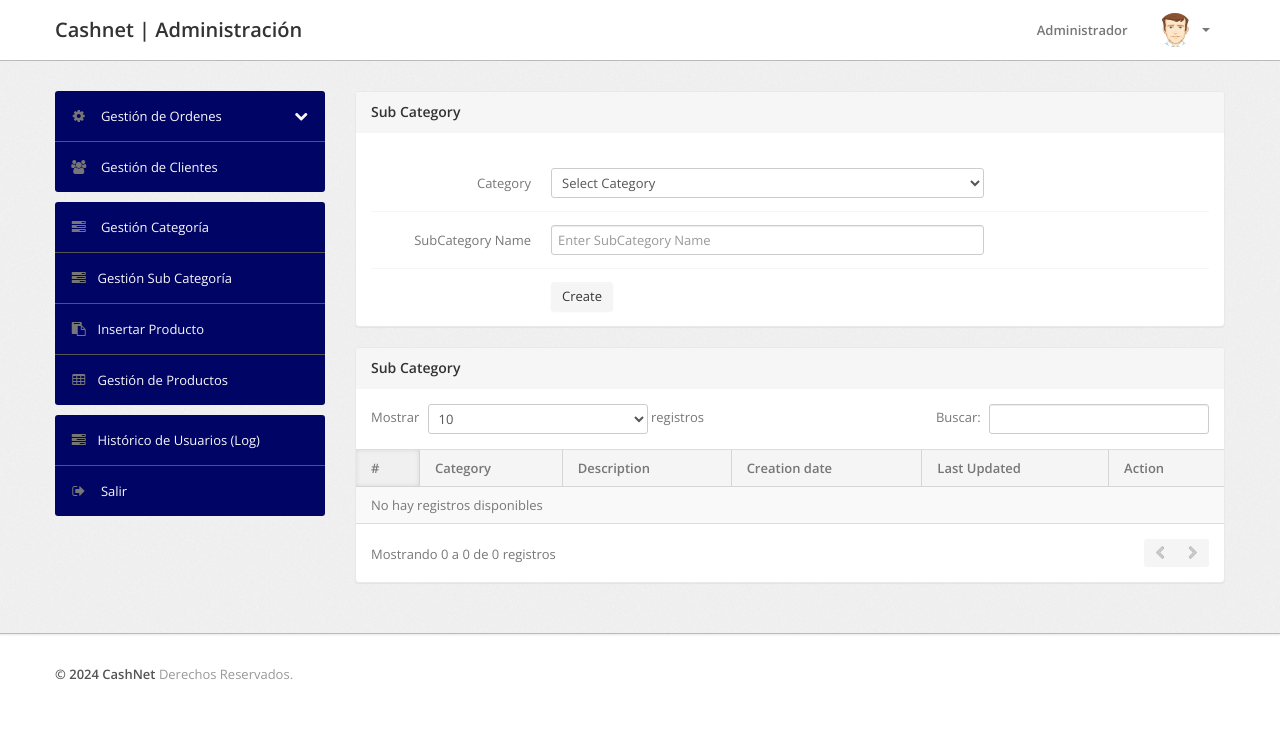
Repository: GVnet-VE/Fibernet
Page: http://localhost/fibernet/admin/subcategory.php
An editor plug-in stored every save of this project. The page is shown before and after the next save, followed by the edit.
The browser window is 1280 px wide. The pictures show the whole page.
The page is run by PHP 8.4 with error messages shown; the project is at /var/www/html/. The session is filled in as if someone had signed in: {"alogin": "testuser", "id": 1}. Other server files are loaded and not shown. Queries for data that is not in the repository find no rows.

Above is the page before, as saved 2024-12-12 12:56:22.

### admin/subcategory.php

<?php
session_start();
include('include/config.php');
if(strlen($_SESSION['alogin'])==0)
	{
header('location:index.php');
}
else{
if(isset($_POST['submit']))
{
	$category=$_POST['category'];
	$subcat=$_POST['subcategory'];
$sql=mysqli_query($con,"insert into subcategory(categoryid,subcategory) values('$category','$subcat')");
$_SESSION['msg']="SubCategory Created !!";

}

if(isset($_GET['del']))
		  {
		          mysqli_query($con,"delete from subcategory where id = '".$_GET['id']."'");
                  $_SESSION['delmsg']="SubCategory deleted !!";
		  }

?>
<!DOCTYPE html>
<html lang="en">
<head>
	<meta http-equiv="Content-Type" content="text/html; charset=utf-8" />
	<meta name="viewport" content="width=device-width, initial-scale=1.0">
	<title>Admin| SubCategory</title>
	<link type="text/css" href="bootstrap/css/bootstrap.min.css" rel="stylesheet">
	<link type="text/css" href="bootstrap/css/bootstrap-responsive.min.css" rel="stylesheet">
	<link type="text/css" href="css/theme.css" rel="stylesheet">
	<link type="text/css" href="images/icons/css/font-awesome.css" rel="stylesheet">
	<link type="text/css" href='http://fonts.googleapis.com/css?family=Open+Sans:400italic,600italic,400,600' rel='stylesheet'>
</head>
<body>
<?php include('include/header.php');?>

	<div class="wrapper">
		<div class="container">
			<div class="row">
<?php include('include/sidebar.php');?>
			<div class="span9">
					<div class="content">

						<div class="module">
							<div class="module-head">
								<h3>Sub Category</h3>
							</div>
							<div class="module-body">

									<?php if(isset($_POST['submit']))
{?>
									<div class="alert alert-success">
										<button type="button" class="close" data-dismiss="alert">×</button>
									<strong>Well done!</strong>	<?php echo htmlentities($_SESSION['msg']);?><?php echo htmlentities($_SESSION['msg']="");?>
									</div>
<?php } ?>


									<?php if(isset($_GET['del']))
{?>
									<div class="alert alert-error">
										<button type="button" class="close" data-dismiss="alert">×</button>
									<strong>Oh snap!</strong> 	<?php echo htmlentities($_SESSION['delmsg']);?><?php echo htmlentities($_SESSION['delmsg']="");?>
									</div>
<?php } ?>

									<br />

			<form class="form-horizontal row-fluid" name="subcategory" method="post" >

<div class="control-group">
<label class="control-label" for="basicinput">Category</label>
<div class="controls">
<select name="category" class="span8 tip" required>
<option value="">Select Category</option>
<?php $query=mysqli_query($con,"select * from category");
while($row=mysqli_fetch_array($query))
{?>

<option value="<?php echo $row['id'];?>"><?php echo $row['categoryName'];?></option>
<?php } ?>
</select>
</div>
</div>


<div class="control-group">
<label class="control-label" for="basicinput">SubCategory Name</label>
<div class="controls">
<input type="text" placeholder="Enter SubCategory Name"  name="subcategory" class="span8 tip" required>
</div>
</div>



	<div class="control-group">
											<div class="controls">
												<button type="submit" name="submit" class="btn">Create</button>
											</div>
										</div>
									</form>
							</div>
						</div>


	<div class="module">
							<div class="module-head">
								<h3>Sub Category</h3>
							</div>
							<div class="module-body table">
								<table cellpadding="0" cellspacing="0" border="0" class="datatable-1 table table-bordered table-striped	 display" width="100%">
									<thead>
										<tr>
											<th>#</th>
											<th>Category</th>
											<th>Description</th>
											<th>Creation date</th>
											<th>Last Updated</th>
											<th>Action</th>
										</tr>
									</thead>
									<tbody>

<?php $query=mysqli_query($con,"select subcategory.id,category.categoryName,subcategory.subcategory,subcategory.creationDate,subcategory.updationDate from subcategory join category on category.id=subcategory.categoryid");
$cnt=1;
while($row=mysqli_fetch_array($query))
{
?>
										<tr>
											<td><?php echo htmlentities($cnt);?></td>
											<td><?php echo htmlentities($row['categoryName']);?></td>
											<td><?php echo htmlentities($row['subcategory']);?></td>
											<td> <?php echo htmlentities($row['creationDate']);?></td>
											<td><?php echo htmlentities($row['updationDate']);?></td>
											<td>
											<a href="edit-subcategory.php?id=<?php echo $row['id']?>" ><i class="icon-edit"></i></a>
											<a href="subcategory.php?id=<?php echo $row['id']?>&del=delete" onClick="return confirm('Are you sure you want to delete?')"><i class="icon-remove-sign"></i></a></td>
										</tr>
										<?php $cnt=$cnt+1; } ?>

								</table>
							</div>
						</div>



					</div><!--/.content-->
				</div><!--/.span9-->
			</div>
		</div><!--/.container-->
	</div><!--/.wrapper-->

<?php include('include/footer.php');?>

	<script src="scripts/jquery-1.9.1.min.js" type="text/javascript"></script>
	<script src="scripts/jquery-ui-1.10.1.custom.min.js" type="text/javascript"></script>
	<script src="bootstrap/js/bootstrap.min.js" type="text/javascript"></script>
	<script src="scripts/flot/jquery.flot.js" type="text/javascript"></script>
	<script src="scripts/datatables/jquery.dataTables.js"></script>
	<script>
		$(document).ready(function() {
			$('.datatable-1').dataTable();
			$('.dataTables_paginate').addClass("btn-group datatable-pagination");
			$('.dataTables_paginate > a').wrapInner('<span />');
			$('.dataTables_paginate > a:first-child').append('<i class="icon-chevron-left shaded"></i>');
			$('.dataTables_paginate > a:last-child').append('<i class="icon-chevron-right shaded"></i>');
		} );
	</script>
</body>
<?php } ?>

### admin/include/config.php
<?php
define('DB_SERVER','localhost');
define('DB_USER','root');
define('DB_PASS' ,'pasantes.2025');
define('DB_NAME', 'shoppnet');
$con = mysqli_connect(DB_SERVER,DB_USER,DB_PASS,DB_NAME);
// Check connection
if (mysqli_connect_errno())
{
 echo "Failed to connect to MySQL**: " . mysqli_connect_error();
}
?>

### admin/include/header.php
<div class="navbar navbar-fixed-top">
		<div class="navbar-inner">
			<div class="container">
				<a class="btn btn-navbar" data-toggle="collapse" data-target=".navbar-inverse-collapse">
					<i class="icon-reorder shaded"></i>
				</a>

			  	<a class="brand" href="index.html">
				  Cashnet | Administración
			  	</a>

				<div class="nav-collapse collapse navbar-inverse-collapse">
					<ul class="nav pull-right">
						<li><a href="#">
							Administrador
						</a></li>
						<li class="nav-user dropdown">
							<a href="#" class="dropdown-toggle" data-toggle="dropdown">
								<img src="images/user.png" class="nav-avatar" />
								<b class="caret"></b>
							</a>
							<ul class="dropdown-menu">
								<li><a href="change-password.php">Cambiar Password</a></li>
								<li class="divider"></li>
								<li><a href="logout.php">Salir</a></li>
							</ul>
						</li>
					</ul>
				</div><!-- /.nav-collapse -->
			</div>
		</div><!-- /navbar-inner -->
	</div><!-- /navbar -->

### admin/include/sidebar.php
<div class="span3">
					<div class="sidebar">


<ul class="widget widget-menu unstyled">
							<li>
								<a class="collapsed" data-toggle="collapse" href="#togglePages">
									<i class="menu-icon icon-cog"></i>
									<i class="icon-chevron-down pull-right"></i><i class="icon-chevron-up pull-right"></i>
									Gestión de Ordenes
								</a>
								<ul id="togglePages" class="collapse unstyled">
									<li>
										<a href="todays-orders.php">
											<i class="icon-tasks"></i>
											Ordenes del Día
  <?php
  $f1="00:00:00";
$from=date('Y-m-d')." ".$f1;
$t1="23:59:59";
$to=date('Y-m-d')." ".$t1;
 $result = mysqli_query($con,"SELECT * FROM Orders where orderDate Between '$from' and '$to'");
$num_rows1 = mysqli_num_rows($result);
{
?>
											<b class="label orange pull-right"><?php echo htmlentities($num_rows1); ?></b>
											<?php } ?>
										</a>
									</li>
									<li>
										<a href="pending-orders.php">
											<i class="icon-tasks"></i>
											Ordenes Pendientes
										<?php
	$status='Delivered';
$ret = mysqli_query($con,"SELECT * FROM Orders where orderStatus!='$status' || orderStatus is null ");
$num = mysqli_num_rows($ret);
{?><b class="label orange pull-right"><?php echo htmlentities($num); ?></b>
<?php } ?>
										</a>
									</li>
									<li>
										<a href="delivered-orders.php">
											<i class="icon-inbox"></i>
											Ordenes Entregadas
								<?php
	$status='Delivered';
$rt = mysqli_query($con,"SELECT * FROM Orders where orderStatus='$status'");
$num1 = mysqli_num_rows($rt);
{?><b class="label green pull-right"><?php echo htmlentities($num1); ?></b>
<?php } ?>

										</a>
									</li>
								</ul>
							</li>

							<li>
								<a href="manage-users.php">
									<i class="menu-icon icon-group"></i>
									Gestión de Clientes
								</a>
							</li>
						</ul>


						<ul class="widget widget-menu unstyled">
                                <li><a href="category.php"><i class="menu-icon icon-tasks"></i> Gestión Categoría </a></li>
                                <li><a href="subcategory.php"><i class="menu-icon icon-tasks"></i>Gestión Sub Categoría </a></li>
                                <li><a href="insert-product.php"><i class="menu-icon icon-paste"></i>Insertar Producto </a></li>
                                <li><a href="manage-products.php"><i class="menu-icon icon-table"></i>Gestión de Productos </a></li>

                            </ul><!--/.widget-nav-->

						<ul class="widget widget-menu unstyled">
							<li><a href="user-logs.php"><i class="menu-icon icon-tasks"></i>Histórico de Usuarios (Log) </a></li>

							<li>
								<a href="logout.php">
									<i class="menu-icon icon-signout"></i>
									Salir
								</a>
							</li>
						</ul>

					</div><!--/.sidebar-->
				</div><!--/.span3-->

### admin/include/footer.php
	<div class="footer">
		<div class="container">


			<b class="copyright">&copy; 2024 CashNet </b> Derechos Reservados.
		</div>
	</div>

Loaded but not shown: admin/bootstrap/css/bootstrap.min.css (library); admin/bootstrap/css/bootstrap-responsive.min.css (library); admin/images/icons/css/font-awesome.css (library); admin/scripts/jquery-1.9.1.min.js (library); admin/scripts/jquery-ui-1.10.1.custom.min.js (library); admin/bootstrap/js/bootstrap.min.js (library); admin/scripts/flot/jquery.flot.js (library); admin/scripts/datatables/jquery.dataTables.js (library); admin/css/theme.css (1695 lines, source omitted)

After the next save:
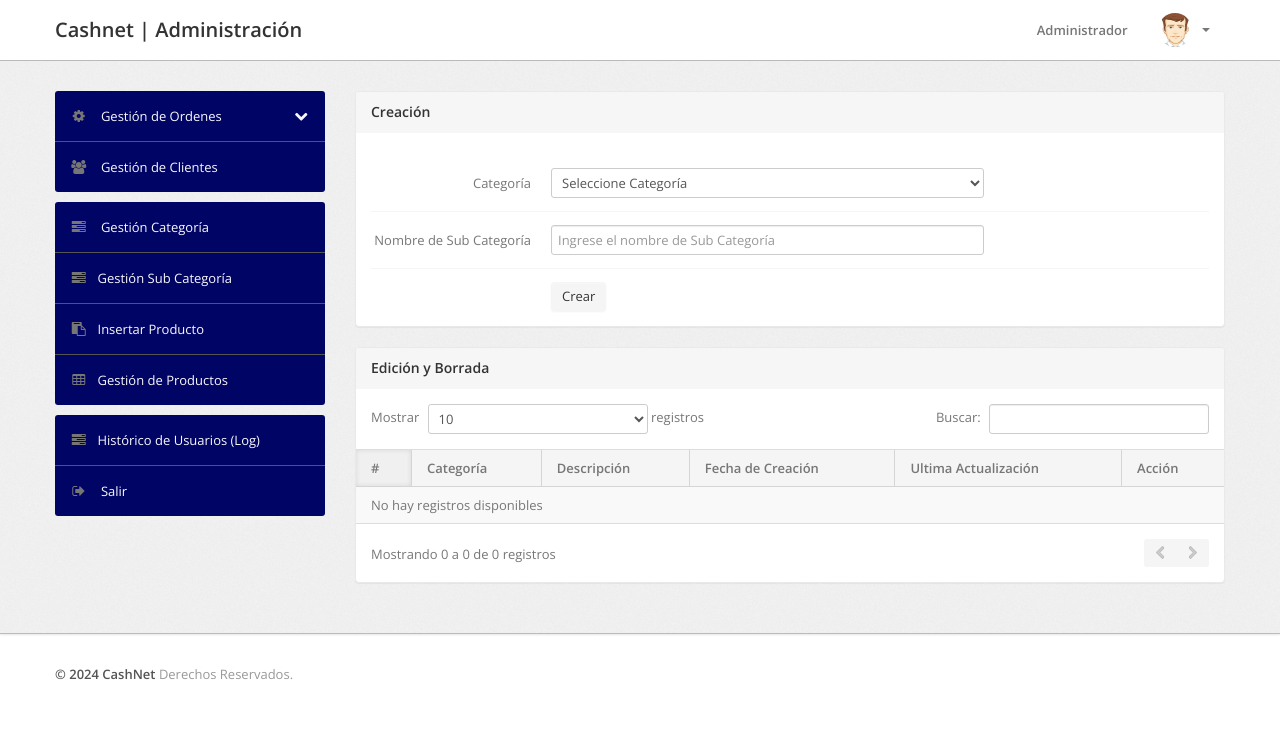
Saved 102 s later.
--- a/admin/subcategory.php
+++ b/admin/subcategory.php
@@ -28,7 +28,7 @@ if(isset($_GET['del']))
 <head>
 	<meta http-equiv="Content-Type" content="text/html; charset=utf-8" />
 	<meta name="viewport" content="width=device-width, initial-scale=1.0">
-	<title>Admin| SubCategory</title>
+	<title>CashNet| Administración</title>
 	<link type="text/css" href="bootstrap/css/bootstrap.min.css" rel="stylesheet">
 	<link type="text/css" href="bootstrap/css/bootstrap-responsive.min.css" rel="stylesheet">
 	<link type="text/css" href="css/theme.css" rel="stylesheet">
@@ -47,7 +47,7 @@ if(isset($_GET['del']))
 
 						<div class="module">
 							<div class="module-head">
-								<h3>Sub Category</h3>
+								<h3>Creación</h3>
 							</div>
 							<div class="module-body">
 
@@ -55,7 +55,7 @@ if(isset($_GET['del']))
 {?>
 									<div class="alert alert-success">
 										<button type="button" class="close" data-dismiss="alert">×</button>
-									<strong>Well done!</strong>	<?php echo htmlentities($_SESSION['msg']);?><?php echo htmlentities($_SESSION['msg']="");?>
+									<strong>Bien hecho!</strong>	<?php echo htmlentities($_SESSION['msg']);?><?php echo htmlentities($_SESSION['msg']="");?>
 									</div>
 <?php } ?>
 
@@ -64,7 +64,7 @@ if(isset($_GET['del']))
 {?>
 									<div class="alert alert-error">
 										<button type="button" class="close" data-dismiss="alert">×</button>
-									<strong>Oh snap!</strong> 	<?php echo htmlentities($_SESSION['delmsg']);?><?php echo htmlentities($_SESSION['delmsg']="");?>
+									<strong>Vaya!</strong> 	<?php echo htmlentities($_SESSION['delmsg']);?><?php echo htmlentities($_SESSION['delmsg']="");?>
 									</div>
 <?php } ?>
 
@@ -73,10 +73,10 @@ if(isset($_GET['del']))
 			<form class="form-horizontal row-fluid" name="subcategory" method="post" >
 
 <div class="control-group">
-<label class="control-label" for="basicinput">Category</label>
+<label class="control-label" for="basicinput">Categoría</label>
 <div class="controls">
 <select name="category" class="span8 tip" required>
-<option value="">Select Category</option>
+<option value="">Seleccione Categoría</option>
 <?php $query=mysqli_query($con,"select * from category");
 while($row=mysqli_fetch_array($query))
 {?>
@@ -89,9 +89,9 @@ while($row=mysqli_fetch_array($query))
 
 
 <div class="control-group">
-<label class="control-label" for="basicinput">SubCategory Name</label>
+<label class="control-label" for="basicinput">Nombre de Sub Categoría</label>
 <div class="controls">
-<input type="text" placeholder="Enter SubCategory Name"  name="subcategory" class="span8 tip" required>
+<input type="text" placeholder="Ingrese el nombre de Sub Categoría"  name="subcategory" class="span8 tip" required>
 </div>
 </div>
 
@@ -99,7 +99,7 @@ while($row=mysqli_fetch_array($query))
 
 	<div class="control-group">
 											<div class="controls">
-												<button type="submit" name="submit" class="btn">Create</button>
+												<button type="submit" name="submit" class="btn">Crear</button>
 											</div>
 										</div>
 									</form>
@@ -109,18 +109,18 @@ while($row=mysqli_fetch_array($query))
 
 	<div class="module">
 							<div class="module-head">
-								<h3>Sub Category</h3>
+								<h3>Edición y Borrada</h3>
 							</div>
 							<div class="module-body table">
 								<table cellpadding="0" cellspacing="0" border="0" class="datatable-1 table table-bordered table-striped	 display" width="100%">
 									<thead>
 										<tr>
 											<th>#</th>
-											<th>Category</th>
-											<th>Description</th>
-											<th>Creation date</th>
-											<th>Last Updated</th>
-											<th>Action</th>
+											<th>Categoría</th>
+											<th>Descripción</th>
+											<th>Fecha de Creación</th>
+											<th>Ultima Actualización</th>
+											<th>Acción</th>
 										</tr>
 									</thead>
 									<tbody>
